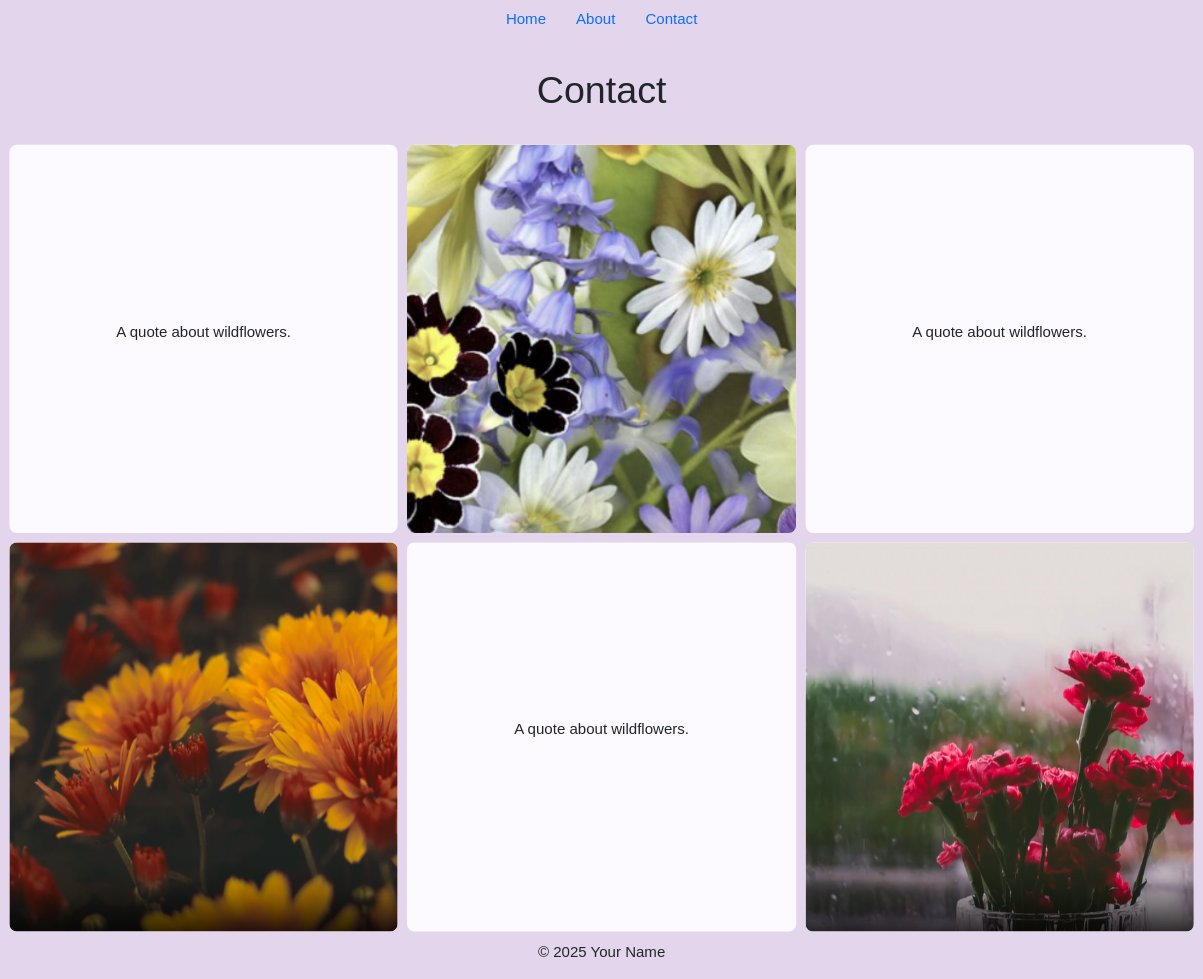
Repository: Brittany-Westlund/WebDesign
Page: FinalProject/contact.html
An editor plug-in stored every save of this project. The page is shown before and after the next save, followed by the edit.
The browser window is 1280 px wide. The pictures show the whole page, at 94% of full size.

Above is the page before, as saved 2025-06-16 20:42:38.

After the next save:
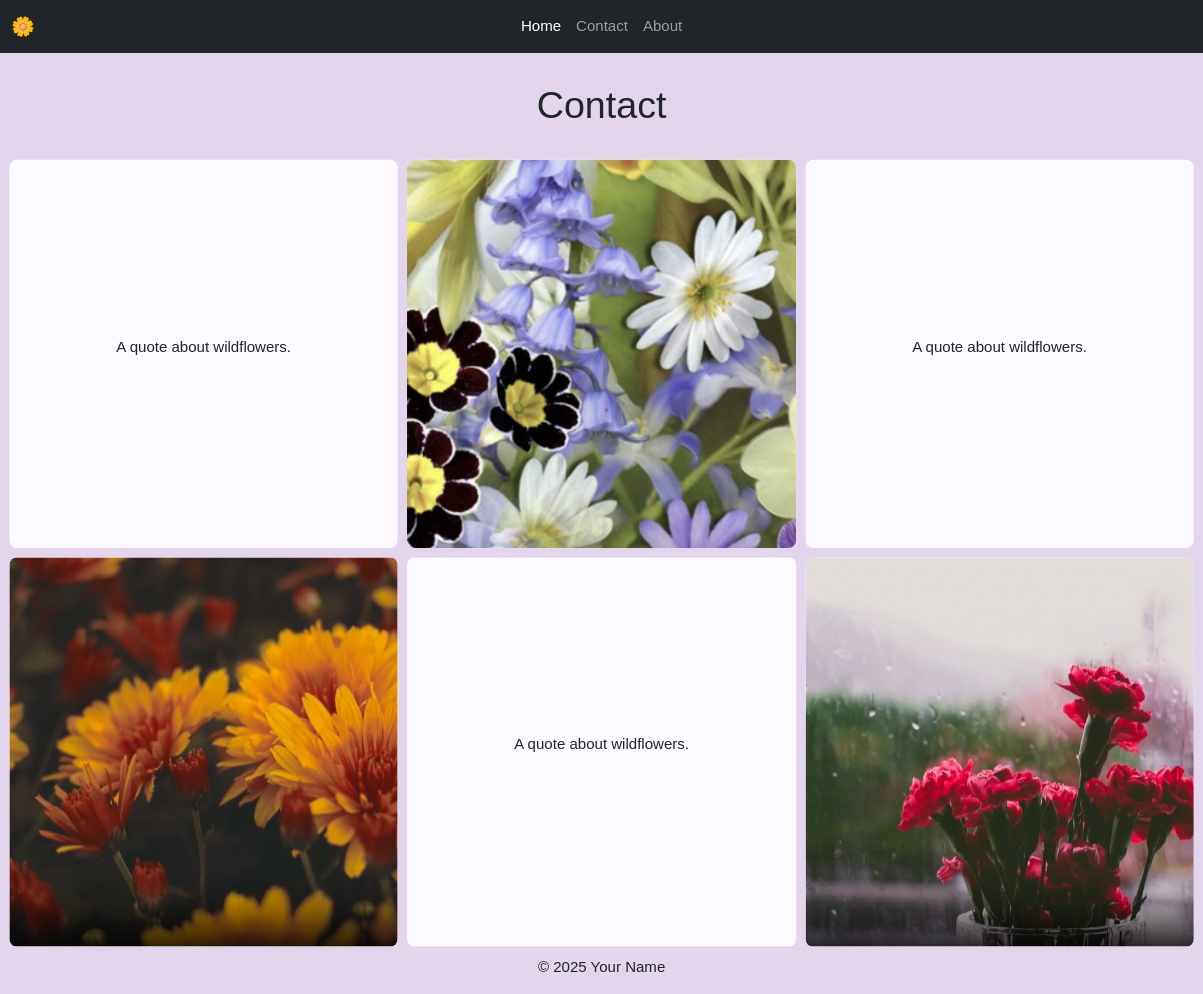
Saved 6 min 50 s later.
--- a/FinalProject/contact.html
+++ b/FinalProject/contact.html
@@ -10,11 +10,27 @@
     <link rel="icon" type="image/x-icon" href="images/favicon.ico">
   </head>
   <body>
-   <nav class="nav justify-content-center">
-      <a class="nav-link active" aria-current="page" href="index.html">Home</a>
-      <a class="nav-link" href="about.html">About</a>
-      <a class="nav-link" href="contact.html">Contact</a>
-    </nav>
+   <nav class="navbar navbar-expand-lg sticky-top bg-dark" data-bs-theme="dark">
+    <div class="container-fluid">
+      <a class="navbar-brand" href="#">🌼</a>
+        <button class="navbar-toggler ms-auto" type="button" data-bs-toggle="collapse" data-bs-target="#navbarSupportedContent" aria-controls="navbarSupportedContent" aria-expanded="false" aria-label="Toggle navigation">
+          <span class="navbar-toggler-icon"></span>
+    </button>
+    <div class="collapse navbar-collapse" id="navbarSupportedContent">
+    <ul class="navbar-nav mx-auto mb-2 mb-lg-0 align-items-end">
+      <li class="nav-item">
+        <a class="nav-link active" aria-current="page" href="index.html">Home</a>
+      </li>
+      <li class="nav-item">
+        <a class="nav-link" href="contact.html">Contact</a>
+      </li>
+      <li class="nav-item">
+        <a class="nav-link" href="about.html">About</a>
+      </li> <!-- I added this entire list item to Bootstrap's default code. Add more if needed! -->
+    </ul>
+    </div>
+  </div>
+  </nav>
     <header>
       <h1>Contact</h1>
     </header>
